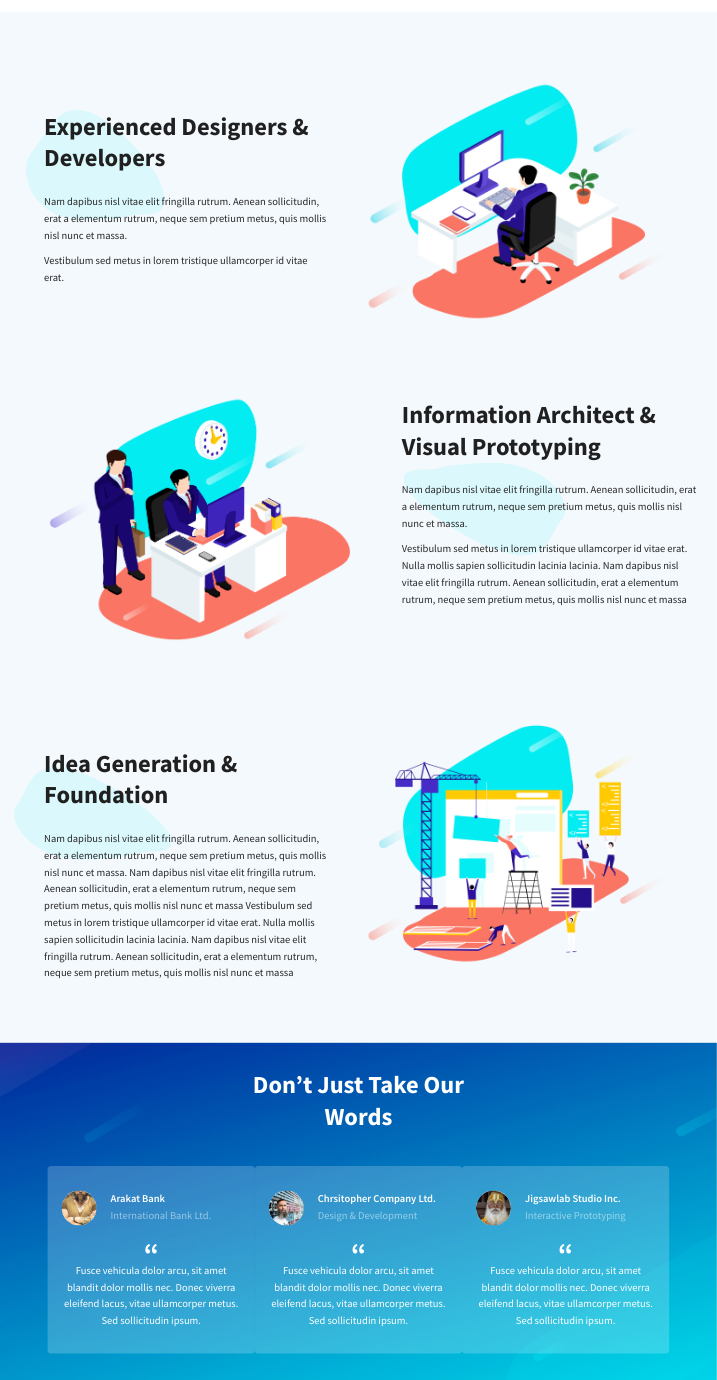
Repository: advert31337/marafon_from0to1_MartaUP
Page: index.html
An editor plug-in stored every save of this project. The page is shown before and after the next save, followed by the edit.
The browser window is 1024 px wide. The pictures show the part of the page from y = 1354 to 3594 px (the page is 3326 px tall before and 3594 px after), at 70% of full size.

Above is the page before, as saved 2020-03-08 17:55:13.

### index.html
<!DOCTYPE html>
<html lang="en">

<head>
    <meta charset="UTF-8">
    <meta name="viewport" content="width=device-width, initial-scale=1.0">
    <title>Marafon MartaUP</title>
    <link href="https://fonts.googleapis.com/css?family=Source+Sans+Pro:400,600,700&display=swap" rel="stylesheet">
    <link rel="stylesheet" href="css/reset.css">
    <link rel="stylesheet" href="css/slick.css">
    <link rel="stylesheet" href="css/style.css">
</head>

<body>
    <header class="header">

        <div class="container">
            <div class="header__top">

                <div class="logo">
                    <a href="#!">+
                        <img src="images/logo.svg" alt="">
                    </a>
                </div>

                <nav class="menu">
                    <div class="menu__btn">
                        <span>

                        </span>
                    </div>
                    <ul class="menu__list">
                        <li><a class="menu__list-item" href="#">home</a></li>
                        <li><a class="menu__list-item" href="#">work</a></li>
                        <li><a class="menu__list-item" href="#">about</a></li>
                        <li><a class="menu__list-item" href="#">contact</a></li>
                    </ul>
                </nav>

                <div class="header-btn">
                    <a class="login" href="#">login</a>
                    <a class="sign-up" href="#">sign up</a>
                </div>

            </div>

            <div class="header-slider">
                <div class="header-slider__item">
                    <div class="header-slider__item-content">

                        <div class="header-slider__item-info">
                            <h3 class="header-slider__title">
                                We Build Apps & Websites
                                for Your Business
                            </h3>
                            <div class="header-slider__description">
                                For startups, For businesses & For you
                            </div>
                            <a href="" class="header-slider__btn">Request a quote</a>
                        </div>

                        <div class="header-slider__item-images">
                            <img src="images/slider-img.png" alt="">
                        </div>
                    </div>
                </div>


                <div class="header-slider__item">
                    <div class="header-slider__item-content">

                        <div class="header-slider__item-info">
                            <h3 class="header-slider__title">
                                We Build Apps & Websites
                                for Your Business
                            </h3>
                            <div class="header-slider__description">
                                For startups, For businesses & For you
                            </div>
                            <a href="" class="header-slider__btn">Request a quote</a>
                        </div>

                        <div class="header-slider__item-images">
                            <img src="images/slider-img.png" alt="">
                        </div>
                    </div>
                </div>


                <div class="header-slider__item">
                    <div class="header-slider__item-content">

                        <div class="header-slider__item-info">
                            <h3 class="header-slider__title">
                                We Build Apps & Websites
                                for Your Business
                            </h3>
                            <div class="header-slider__description">
                                For startups, For businesses & For you
                            </div>
                            <a href="" class="header-slider__btn">Request a quote</a>
                        </div>

                        <div class="header-slider__item-images">
                            <img src="images/slider-img.png" alt="">
                        </div>
                    </div>
                </div>


                <div class="header-slider__item">
                    <div class="header-slider__item-content">

                        <div class="header-slider__item-info">
                            <h3 class="header-slider__title">
                                We Build Apps & Websites
                                for Your Business
                            </h3>
                            <div class="header-slider__description">
                                For startups, For businesses & For you
                            </div>
                            <a href="" class="header-slider__btn">Request a quote</a>
                        </div>

                        <div class="header-slider__item-images">
                            <img src="images/slider-img.png" alt="">
                        </div>
                    </div>
                </div>


                <div class="header-slider__item">
                    <div class="header-slider__item-content">

                        <div class="header-slider__item-info">
                            <h3 class="header-slider__title">
                                We Build Apps & Websites
                                for Your Business
                            </h3>
                            <div class="header-slider__description">
                                For startups, For businesses & For you
                            </div>
                            <a href="" class="header-slider__btn">Request a quote</a>
                        </div>

                        <div class="header-slider__item-images">
                            <img src="images/slider-img.png" alt="">
                        </div>
                    </div>
                </div>
            </div>

        </div>

    </header>

    <section class="specialised">
        <div class="container">
            <div class="specialised__title title">
                We are specialised in
            </div>
            <div class="specialised__items">
                <div class="specialised__item">
                    <div class="specialised__item-img">
                        <img src="images/specialise-1.svg" alt="">
                    </div>

                    <div class="specialise__item-title">
                        UI/UX Design
                    </div>
                    <div class="specialise__item-text">
                        In hac habitasse platea dictumstmus adipiscing fermentum quam volutpat aliquam. Integer cilisis tristique.
                    </div>
                </div>
                <div class="specialised__item">
                    <div class="specialised__item-img">
                        <img src="images/specialise-2.svg" alt="">
                    </div>
                    <div class="specialise__item-title">
                        Web Development
                    </div>
                    <div class="specialise__item-text">
                        In hac habitasse platea dictumstmus adipiscing fermentum quam volutpat aliquam. Integer cilisis tristique.
                    </div>
                </div>
                <div class="specialised__item">
                    <div class="specialised__item-img">
                        <img src="images/specialise-3.svg" alt="">
                    </div>
                    <div class="specialise__item-title">
                        App Development
                    </div>
                    <div class="specialise__item-text">
                        In hac habitasse platea dictumstmus adipiscing fermentum quam volutpat aliquam. Integer cilisis tristique.
                    </div>
                </div>
            </div>
        </div>
    </section>

    <section class="advantages">
        <div class="container">

            <div class="advantages-box">
                <div class="advantages-box__info">
                    <div class="advantages-box__title">
                        Experienced Designers & Developers
                    </div>
                    <div class="advantages-box__text">
                        <p>
                            Nam dapibus nisl vitae elit fringilla rutrum. Aenean sollicitudin, erat a elementum rutrum, neque sem pretium metus, quis mollis nisl nunc et massa.
                        </p>
                        <p>
                            Vestibulum sed metus in lorem tristique ullamcorper id vitae erat.
                        </p>
                    </div>
                </div>

                <div class="advantages-box__img">
                    <img src="images/advantages-1.png" alt="">
                </div>
            </div>

            <div class="advantages-box advantages-box--right">
                <div class="advantages-box__info">
                    <div class="advantages-box__title">
                        Information Architect &
                        Visual Prototyping
                    </div>
                    <div class="advantages-box__text">
                        <p>
                            Nam dapibus nisl vitae elit fringilla rutrum. Aenean sollicitudin, erat a elementum rutrum, neque sem pretium metus, quis mollis nisl nunc et massa.
                        </p>
                        <p>
                            Vestibulum sed metus in lorem tristique ullamcorper id vitae erat. Nulla mollis sapien sollicitudin lacinia lacinia. Nam dapibus nisl vitae elit fringilla rutrum. Aenean sollicitudin, erat a elementum rutrum, neque sem pretium metus, quis mollis nisl nunc et massa
                        </p>
                    </div>
                </div>
                <div class="advantages-box__img">
                    <img src="images/advantages-2.png" alt="">
                </div>
            </div>

            <div class="advantages-box">
                <div class="advantages-box__info advantages-box__info--bg">
                    <div class="advantages-box__title">
                        Idea Generation & Foundation
                    </div>
                    <div class="advantages-box__text">
                        <p>
                            Nam dapibus nisl vitae elit fringilla rutrum. Aenean sollicitudin, erat a elementum rutrum, neque sem pretium metus, quis mollis nisl nunc et massa. Nam dapibus nisl vitae elit fringilla rutrum. Aenean sollicitudin, erat a elementum rutrum, neque sem pretium metus, quis mollis nisl nunc et massa    Vestibulum sed metus in lorem tristique ullamcorper id vitae erat. Nulla mollis sapien sollicitudin lacinia lacinia. Nam dapibus nisl vitae elit fringilla rutrum. Aenean sollicitudin, erat a elementum rutrum, neque sem pretium metus, quis mollis nisl nunc et massa
                        </p>
                    </div>
                </div>

                <div class="advantages-box__img">
                    <img src="images/advantages-3.png" alt="">
                </div>
            </div>
        </div>
    </section>

    <section class="reviews">
        <div class="container">
            <div class="reviews__title title">
                Don’t Just Take Our Words
            </div>
            <div class="reviews__items">

                <div class="reviews__item">
                    <div class="reviews__item-head">
                        <img src="images/rev-1.jpg" alt="">
                        <div class="reviews__item-info">
                            <div class="reviews__item-name">
                                Arakat Bank
                            </div>
                            <div class="reviews__item-position">
                                International Bank Ltd.
                            </div>
                        </div>
                    </div>
                    <div class="reviews__item-text">
                        Fusce vehicula dolor arcu, sit amet blandit dolor mollis nec. Donec viverra eleifend lacus, vitae ullamcorper metus. Sed sollicitudin ipsum.
                    </div>
                </div>

                <div class="reviews__item">
                    <div class="reviews__item-head">
                        <img src="images/rev-2.jpg" alt="">
                        <div class="reviews__item-info">
                            <div class="reviews__item-name">
                                Chrsitopher Company Ltd.
                            </div>
                            <div class="reviews__item-position">
                                Design & Development
                            </div>
                        </div>
                    </div>
                    <div class="reviews__item-text">
                        Fusce vehicula dolor arcu, sit amet blandit dolor mollis nec. Donec viverra eleifend lacus, vitae ullamcorper metus. Sed sollicitudin ipsum.
                    </div>
                </div>

                <div class="reviews__item">
                    <div class="reviews__item-head">
                        <img src="images/rev-3.jpg" alt="">
                        <div class="reviews__item-info">
                            <div class="reviews__item-name">
                                Jigsawlab Studio Inc.
                            </div>
                            <div class="reviews__item-position">
                                Interactive Prototyping
                            </div>
                        </div>
                    </div>
                    <div class="reviews__item-text">
                        Fusce vehicula dolor arcu, sit amet blandit dolor mollis nec. Donec viverra eleifend lacus, vitae ullamcorper metus. Sed sollicitudin ipsum.
                    </div>
                </div>

            </div>
        </div>
    </section>

    <!-- <footer class="footer">
        <div class="container">
            <div class="footer__inner">
                <div class="footer__link">
                    <a href="#">About Martaup</a>
                    <a href="#">Help</a>
                    <a href="#">Privacy Policy</a>
                </div>
                <div class="footer__copy">
                    © 2013-2018 All rights reserved.
                </div>
            </div>
        </div>
    </footer> -->


    <script src="https://ajax.googleapis.com/ajax/libs/jquery/3.4.1/jquery.min.js"></script>
    <script src="js/slick.min.js"></script>
    <script src="js/main.js"></script>
</body>

</html>

### css/style.css
*{
    box-sizing: border-box;
}

body {
    font-family: 'Source Sans Pro', sans-serif;
    font-size: 15px;
    line-height: 24px;
}

a {
    text-decoration: none;
    color: inherit;
}
.header {
    background-image: url('../images/header-bg.jpg');
    min-height: 793px;
    background-repeat: no-repeat;
    background-size: cover;
    background-position: top center;
}

.container {
    max-width: 1200px;
    margin: 0 auto;
    padding: 0 15px 0 15px;

}

.header__top {
    display: flex;
    justify-content: space-between;
    height: 100px;
    align-items: center;
}

.menu__list {
    display: flex;
}

.menu__list li + li {
    padding-left: 50px;

}

.login {
    margin-right: 44px;
    color: #fff;
    text-transform: uppercase;
    font-weight: 600;
}

.menu__list a{
    opacity: 0.5;
    color: #fff;
    font-weight: 600;
    text-transform: uppercase;
    transition: all 0.5s;
}

.menu__list a:hover {
    opacity: 1;
}

.sign-up {
    text-transform: uppercase;
    color: #250f8a;
    font-weight: 600;
    background-color: #fff;
    padding: 8px 43px;
    border-radius: 20px;

}

.header-slider {
    padding-top: 111px;
}
.header-slider__item {

}
.header-slider__item-content {
    display: flex;
    justify-content: space-between;
}
.header-slider__item-info {
    max-width: 506px;
    color:#fff;
}
.header-slider__title {
    font-weight: 700;
    font-size: 45px;
    line-height: 60px;
    margin-bottom: 10px;
}
.header-slider__description {
    line-height: 55px;
    font-size: 24px;
    margin-bottom: 60px;
}
.header-slider__btn {
    font-weight: 600;
    text-transform: uppercase;
    color: #250F8A;
    padding: 13px 39px;
    background-color: #FFCA00;
    border-radius: 25px;
}
.header-slider__item-images {
    margin: 10px 82px 0 0;
}

.header-dots{
    list-style: none;
    position: absolute;
    right: 0;
    top: 50%;
    transform: translateY(-50%)
}

.header-dots button {
    border: none;
    background-color: #fff;
    opacity: 0.5;
    font-size: 0;
    padding: 0;
    width: 7px;
    height: 7px;
    border-radius: 3.5px;
    cursor: pointer;
    outline: none;
    margin: 10px auto;
    display: block;
}

.header-dots .slick-active button{
    width: 15px;
    opacity: 1;
}

.specialised{
    padding: 55px 0 93px;
    background-image: url(../images/special-bg.svg);
    background-position: left bottom;
    background-repeat: no-repeat;
    color: #202020;
    text-align: center;
}

.specialised__title {
    margin-bottom: 96px;
}
.title {
    font-size: 35px;
    line-height: 45px;
    font-weight: 700;
    text-align: center;
}

.specialised__items {
    display: flex;
    justify-content: space-between;
    max-width: 980px;
    margin: 0 auto;

}
.specialised__item {
    width: 280px;
}
.specialised__item-img {
    margin-bottom: 23px;
    min-height: 159px;
}
.specialise__item-title {
    margin-bottom: 11px;
    font-size: 20px;
    font-weight: 700;
}
.specialise__item-text {
   padding: 0 10px;
   color: #272727;
   opacity: 0.7;
}


.advantages {
    padding-top: 64px;
    background: #f4f9fd;
    background-image: url(../images/advantages-bg.svg);
    background-repeat: no-repeat;
    background-position: center right;
}

.advantages-box {
    display: flex;
    justify-content: space-between;
    padding-bottom: 76px;
}

 .advantages-box--right .advantages-box__info{
    order: 1;
    background-image: url(../images/title-bg-2.svg);
    background-position: 22px 130px;
}
.advantages-box__info {
    max-width: 455px;
    padding-top: 60px;
    background-image: url(../images/title-bg-1.svg);
    background-repeat: no-repeat;
    background-position: 22px 76px;
}

.advantages-box__info--bg{
    background-image: url(../images/title-bg-3.svg);
    background-position: 5px 105px;
}


.advantages-box__title {
    color: #202020;
    font-size: 35px;
    line-height: 45px;
    font-weight: 700;
    padding: 68px 0 15px 48px;

}
.advantages-box__text {
    padding-left: 48px;
    color: #272727;
}

.advantages-box__text p{
    margin: 12px 0;
}


.reviews {
    background-image: url(../images/reviews-bg.jpg);
    background-repeat: no-repeat;
    background-position: top center;
    background-size: cover;
    padding: 38px 53px;
}

.reviews__title {
    color: #fff;
    margin: 0 auto 48px;
    max-width: 384px;
}
.reviews__items {
    max-width: 940px;
    margin: 0 auto;
    display: flex;
    justify-content: space-between;
}
.reviews__item {
    width: 300px;
    border-radius: 5px;
    background-color: rgba(255, 255, 255, .2);
    padding: 35px 20px;
    color: #fff;
}
.reviews__item-head {
    margin-bottom: 13px;
    display: flex;
}

.reviews__item-head img{
    border-radius: 50%;
    margin-right: 20px;
}

.reviews__item-name {
    font-weight: 600;
}
.reviews__item-position {
    opacity: .5;
}
.reviews__item-text {
    text-align: center;
    padding-top: 39px;
    position: relative;
}

.reviews__item-text::before{
    content: "“";
    font-size: 40px;
    line-height: 55px;
    font-weight: 700;
    position: absolute;
    top: 0;
    left: 0;
    right: 0;
}

.footer{

}

.footer__inner {
    display: flex;
    justify-content: space-between;
    align-items: center;
    height: 61px;
    color: #272727;
    padding: 0 40px;
}
.footer__link a + a {
    margin-left: 20px;
}




@media (max-width: 1620px){
    .advantages{
        background-image: none;
    }
}


@media (max-width: 1201px){
    .specialised{
        background-size: 60px;
    }
}

@media (max-width: 1190px){
    .header-slider__item-images{
        margin: 50px 20px 0 0;
    }
    .header-slider__item-images img{
        width: 80%;
    }
    .header-slider__item-info{
        padding: 50px 0;
    }

    .header-slider{
        padding-top: 25px;
    }

    .advantages-box__img img{
        width: 80%
    }

    .advantages-box__img{
        text-align: center;
    }

    .advantages-box{
        justify-content: space-around;
    }

    .advantages-box--right .advantages-box__title{
        padding: 30px 0 15px 20px;
    }

    .advantages-box--right .advantages-box__text{
        padding-left: 20px;
    }

    .advantages-box--right .advantages-box__info{
        padding-right: 30px;
    }
}

@media (max-width: 1080px){
    .specialised{
        background-image: none;
    }

    .advantages-box__info{
        padding-top: 10px;
    }

    .advantages-box--right .advantages-box__info{
        padding-right: 10px;
    }

    .advantages-box__img{
        width: 71%;
        margin-top: 40px;
    }
}


@media (max-width: 924px){
    .header__top{
        flex-wrap: wrap;
    }

    .header-btn{
        width: 100%;
        text-align: right;
    }

    .login{
        margin-right: 30px;
    }

}

@media (max-width: 900px){
    .header-slider__item-images{
        display: none;
    }
}

@media (max-width: 858px) {
    .advantages{
        padding-top: 0;
    }

    .advantages-box__info{
        max-width: 100%;
        flex-wrap: wrap;
    }

    .advantages-box{
        flex-wrap: wrap;
        padding-bottom: 20px;
    }

    .advantages-box--right .advantages-box__info{
        order: 0;
    }

    .advantages-box__img{
        width: 100%;
    }
}

@media (max-width: 775px) {
    .specialised{
        padding: 20px 0 40px;
    }

    .specialised__title{
        margin-bottom: 40px;
    }

    .specialised__items{
        flex-wrap: wrap;
    }

    .specialised__item{
        width: 50%;
        margin-bottom: 20px;
    }
}

@media (max-width: 570px) {
    .menu__list{
        display: none;
        position: absolute;
        top: 120px;
        left: 0;
        text-align: center;
        width: 100%;
        background-color: #1a50a8;
        z-index: 5;
    }

    .menu__list li + li{
        padding-left: 0;
    }

    .menu__list a{
        display: block;
        padding: 10px;
    }

    .menu__btn{
        width: 30px;
        height: 20px;
        position: relative;

    }

    .menu__btn span{
        width: 100%;
        height: 2px;
        background-color: #fff;
        top:9px;
        position: absolute;
    }

    .menu__btn::after,
    .menu__btn::before{
        content: "";
        height: 2px;
        width: 100%;
        background-color: #fff;
        position: absolute;
    }

    .menu__btn::after{
        top: 0;
    }

    .menu__btn::before{
        bottom: 0;
    }

    .header-slider__item-info{
        padding: 10px 30px 10px 0;
    }

    .header{
        min-height: 580px;
    }

    .header-slider__description{
        margin-bottom: 20px;
        font-size: 20px;
        line-height: 35px;
    }

    .header-slider__title{

        font-size: 35px;
        line-height: 45px;

    }


    .specialised__items{
        display: block;
    }

    .specialised__item{
        width: 100%;

    }

    .title{
        font-size: 30px;
        line-height: 40px;
    }

    .advantages-box__title{
        font-size: 30px;
        line-height: 40px;
        padding: 68px 0 15px 0px;
    }

    .advantages-box__text{
        padding-left: 0;
    }

    .advantages-box--right .advantages-box__title{
        padding: 30px 0 15px 0;
    }

    .advantages-box--right .advantages-box__text{
        padding-left: 0;
    }

}

@media (min-width: 570px){
    .menu__list{
        display: flex !important;
    }

}

### js/main.js
$(function(){
    $('.header-slider').slick({
        arrows: false,
        vertical: true,
        dots: true,
        dotsClass: 'header-dots',
        autoplay: 2000,

    })

    $('.menu__btn').on('click', function(){
        $('.menu__list').slideToggle()
    })
})

Loaded but not shown: css/reset.css (common file); css/slick.css (common file); js/slick.min.js (library)

After the next save:
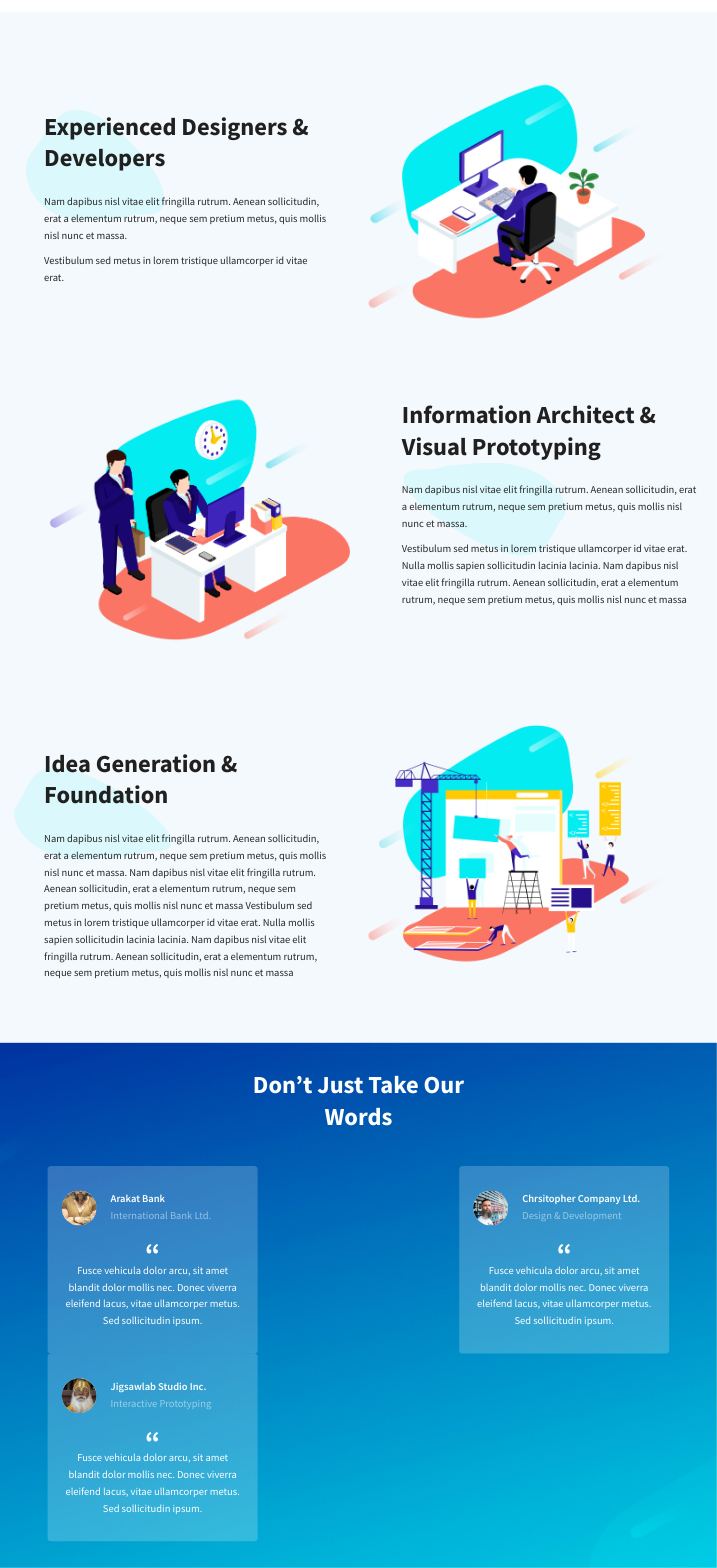
Saved 75 s later.
--- a/css/style.css
+++ b/css/style.css
@@ -381,6 +381,10 @@ a {
         width: 71%;
         margin-top: 40px;
     }
+
+    .reviews__items{
+        flex-wrap: wrap;
+    }
 }
 
 
